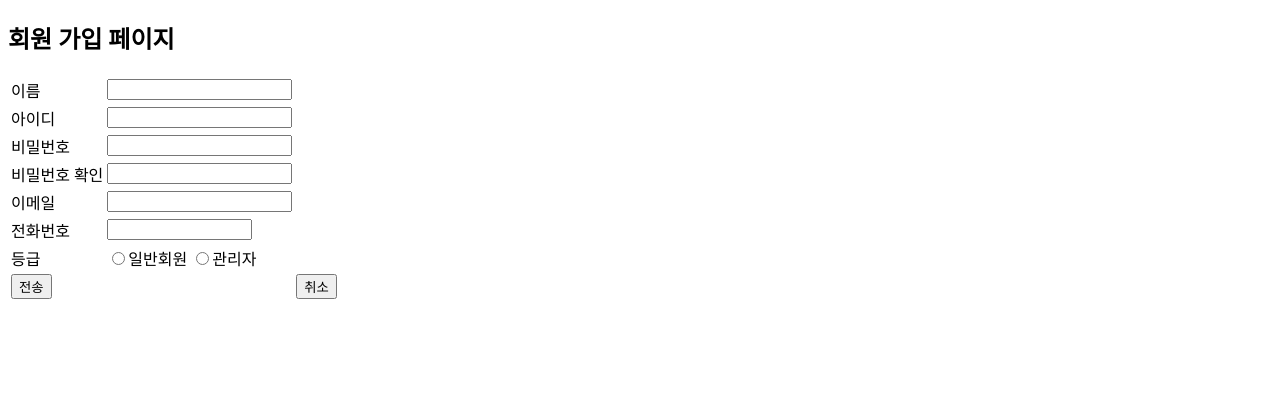
Repository: totesbk/JSP-
Page: http://localhost/web09/join.do
The author's editor kept a copy of each file at every save. The page is drawn from the files as they stood at one save, then again after the next save.
The browser window is 1280 px wide. The pictures show the whole page.
The page is served by Tomcat 9.

Above is the page before, as saved 2020-10-14 01:43:44.
Console error: SyntaxError: Invalid or unexpected token

After the next save:
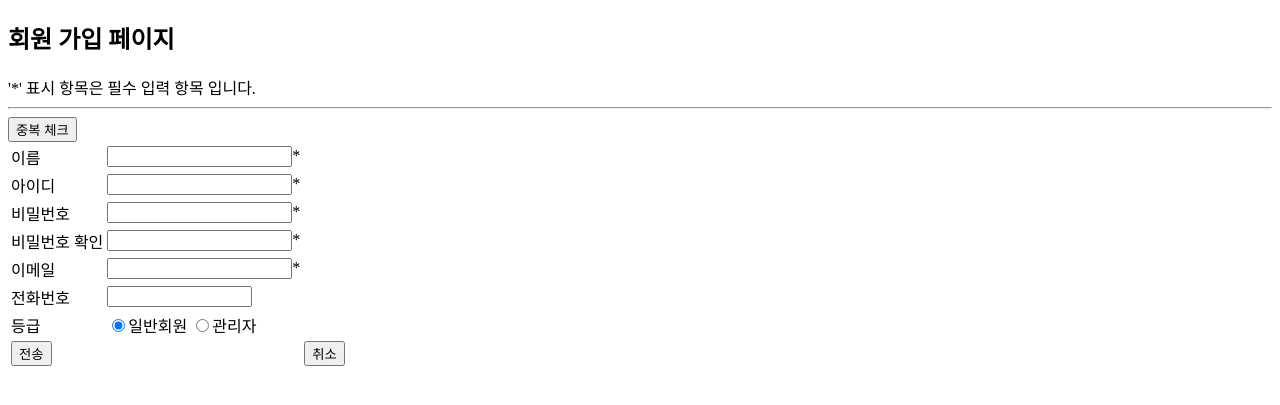
Saved 5 min 55 s later.
--- a/web09/WebContent/member/join.jsp
+++ b/web09/WebContent/member/join.jsp
@@ -9,27 +9,31 @@
 </head>
 <body>
 <h2>회원 가입 페이지</h2>
+'*' 표시 항목은 필수 입력 항목 입니다.
+<hr>
    <form action="join.do" method="post" name="frm">
    		 <table>
    		<tr>
    			<td>이름</td>
-   			<td><input type="text" name="name" size="20"></td>
+   			<td><input type="text" name="name" size="20">*</td>
    		</tr>
    		<tr>
    			<td>아이디</td>
-   			<td><input type="text" name="userid" size="20"></td>
+   			<td><input type="text" name="userid" size="20">*</td>
+   			<input type="hidden" name="reid" size="20">
+   			<input type="button" value="중복 체크" onclick="idCheck()">
    		</tr>
    		<tr>
    			<td>비밀번호</td>
-   			<td><input type="password" name="userpwd" size="20"></td>
+   			<td><input type="password" name="userpwd" size="20">*</td>
    		</tr>
    		<tr>
    			<td>비밀번호 확인</td>
-   			<td><input type="password" name="pwd_check" size="20"></td>
+   			<td><input type="password" name="pwd_check" size="20">*</td>
    		</tr>
    		<tr>
    			<td>이메일</td>
-   			<td><input type="text" name="email" size="20"></td>
+   			<td><input type="text" name="email" size="20">*</td>
    		</tr>
 
    		<tr>
@@ -40,7 +44,7 @@
    		<tr>
    			<td>등급</td>
    			<td>
-   			<input type="radio" name="admin" value="0">일반회원
+   			<input type="radio" name="admin" value="0" checked="checked">일반회원
    			<input type="radio" name="admin" value="1">관리자
    			</td>
    		</tr>
